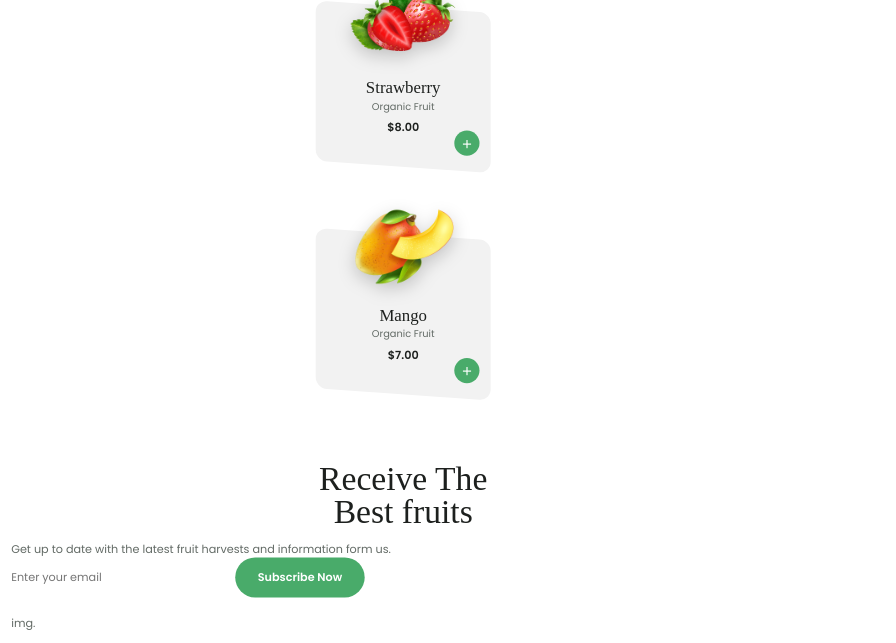
Repository: dinhhaidh/fruit
Page: index.html
The author's editor kept a copy of each file at every save. The page is drawn from the files as they stood at one save, then again after a run of saves.
The browser window is 1280 px wide. The pictures show the part of the page from y = 3928 to 5848 px (the page is 4847 px tall before and 5848 px after), at 70% of full size.
Some web fonts or font styles are not loaded; a fallback is used.

Above is the page before, as saved 2024-02-19 09:45:19.
Console error: ReferenceError: ScrollReveal is not defined

After the next 6 saves:
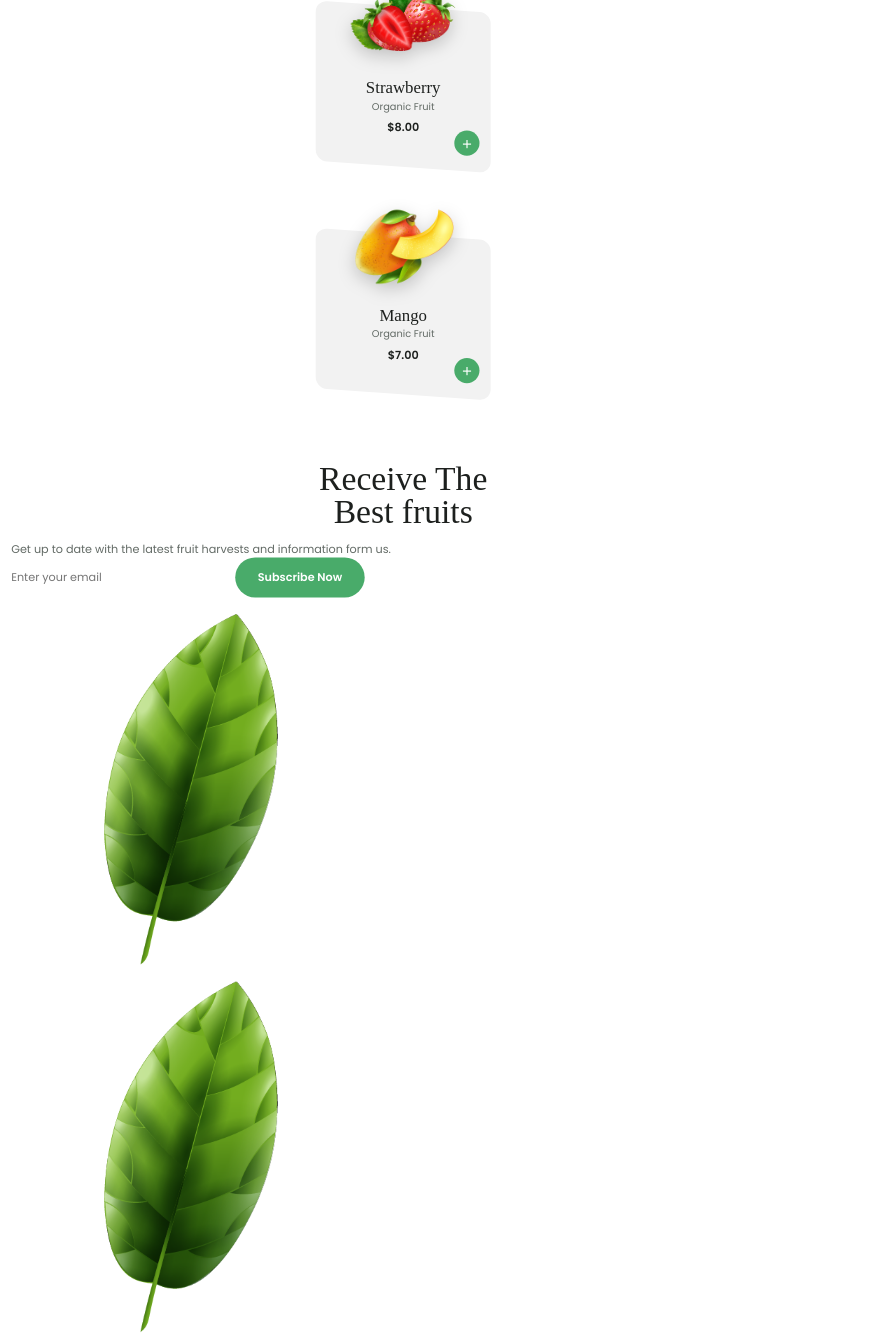
The 6 saves are shown as one change because they came seconds apart.
The last was saved 17 s later.
--- a/index.html
+++ b/index.html
@@ -218,7 +218,8 @@
                             </form>
                     </div>
                 </div>
-                img.
+                <img src="./img/leaf.png" alt="" class="join__img-1">
+                <img src="./img/leaf.png" alt="" class="join__img-2">
             </div>
 
         </section>
